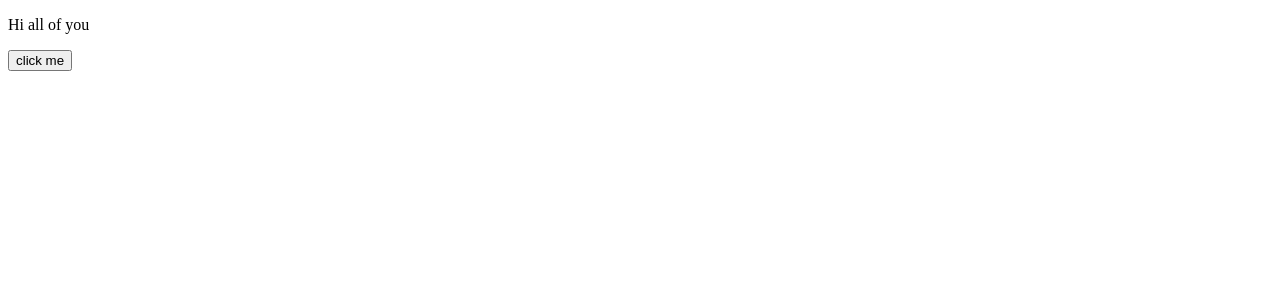
Repository: AwareSelf/JavaTrainingPublic
Page: 15Sep/webapp_1sepbatch/HtmlJSWeb/src/main/webapp/innerhtmlex.html
The author's editor kept a copy of each file at every save. The page is drawn from the files as they stood at one save, then again after the next save.
The browser window is 1280 px wide. The pictures show the whole page.

Above is the page before, as saved 2022-09-14 07:04:22.

After the next save:
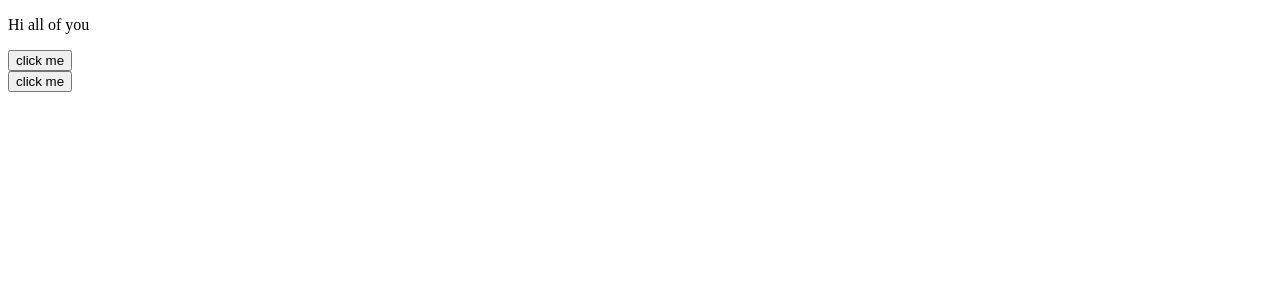
Saved 2 min 6 s later.
--- a/15Sep/webapp_1sepbatch/HtmlJSWeb/src/main/webapp/innerhtmlex.html
+++ b/15Sep/webapp_1sepbatch/HtmlJSWeb/src/main/webapp/innerhtmlex.html
@@ -11,7 +11,7 @@
    <input type="button" value="click me" onclick="func()"/>
 </div>
 
-
+     <input type="button" value="click me" onclick="func()"/>
 
 
 <script type="text/javascript">
